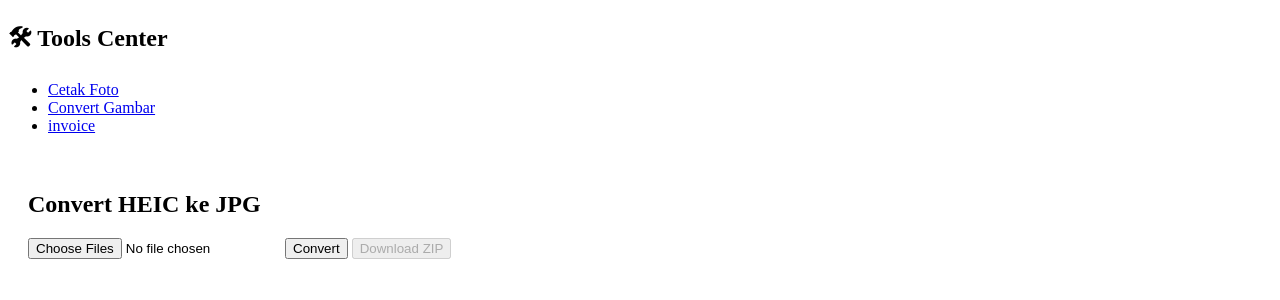
Repository: procinema22/hiisedulurfc
Page: convert-image.html
The author's editor kept a copy of each file at every save. The page is drawn from the files as they stood at one save, then again after the next save.
The browser window is 1280 px wide. The pictures show the whole page.

Above is the page before, as saved 2026-04-27 22:21:17.

### convert-image.html
<!DOCTYPE html>
<html lang="id">
<head>
<meta charset="UTF-8">
<title>Convert HEIC ke JPG</title>
<link rel="stylesheet" href="style.css">

<style>
.convert-box{
  padding:20px;
}
.preview-grid{
  display:grid;
  grid-template-columns:repeat(auto-fill,150px);
  gap:12px;
  margin-top:20px;
}
.card{
  background:#111d38;
  padding:10px;
  border-radius:10px;
}
.card img{
  width:100%;
  border-radius:6px;
}
#loadingImg{
  display:none;
  margin-top:10px;
  color:#22c55e;
}
</style>
</head>

<body>

<nav class="navbar">
  <div class="nav-container">
    <h1 class="logo">🛠 Tools Center</h1>
    <ul class="nav-links">
      <li><a href="index.html">Cetak Foto</a></li>
      <li><a href="convert-image.html">Convert Gambar</a></li>
      <li><a href="invoice/invoce.html">invoice</a></li>
    </ul>
  </div>
</nav>

<div class="layout">
  <aside class="left-panel convert-box">
      <h2>Convert HEIC ke JPG</h2>
      <input type="file" id="imgInput" multiple accept=".heic,.heif,image/*">
      <button id="convertImg" class="btn green">Convert</button>
      <button id="zipImg" class="btn purple" disabled>Download ZIP</button>
      <p id="loadingImg">⏳ Sedang memproses...</p>
  </aside>

  <section class="center-panel">
      <div class="preview-grid" id="resultImg"></div>
  </section>
</div>

<script src="https://cdn.jsdelivr.net/npm/heic2any/dist/heic2any.min.js"></script>
<script src="https://cdn.jsdelivr.net/npm/jszip"></script>
<script src="https://cdn.jsdelivr.net/npm/file-saver"></script>

<script>
let convertedImgs = [];

document.getElementById("convertImg").onclick = async ()=>{
 let files = document.getElementById("imgInput").files;
 let result = document.getElementById("resultImg");
 let loading = document.getElementById("loadingImg");
 let zipBtn = document.getElementById("zipImg");

 if(!files.length) return alert("Pilih gambar dulu");

 result.innerHTML = "";
 convertedImgs = [];
 loading.style.display="block";

 for(let f of files){
   try{
     const blob = await heic2any({ blob:f, toType:"image/jpeg", quality:0.9 });
     const url = URL.createObjectURL(blob);
     const fileName = f.name.replace(/\.heic/gi,"") + ".jpg";

     convertedImgs.push({name:fileName, blob});

     result.innerHTML += `
       <div class="card">
        <img src="${url}">
        <a href="${url}" download="${fileName}">
          <button class="btn blue" style="margin-top:6px">Download</button>
        </a>
       </div>
     `;
   }catch(e){
     alert("Gagal convert "+f.name);
   }
 }

 loading.style.display="none";
 zipBtn.disabled = convertedImgs.length === 0;
};

document.getElementById("zipImg").onclick = ()=>{
 const zip = new JSZip();
 convertedImgs.forEach(f=> zip.file(f.name,f.blob));
 zip.generateAsync({type:"blob"}).then(file=>{
  saveAs(file,"Image-Converted.zip");
 });
};
</script>

</body>
</html>

### style.css
.convert-box{
    padding:20px;
  }
  .preview-grid{
    display:grid;
    grid-template-columns:repeat(auto-fill,150px);
    gap:12px;
    margin-top:20px;
  }
  .card{
    background:#111d38;
    padding:10px;
    border-radius:10px;
  }
  .card img{
    width:100%;
    border-radius:6px;
  }
  #loadingImg{
    display:none;
    margin-top:10px;
    color:#22c55e;
  }

After the next save:
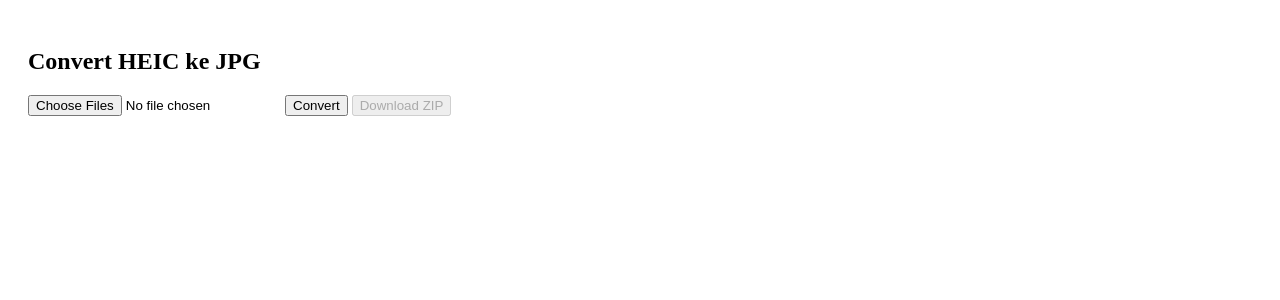
Saved 84 s later.
--- a/convert-image.html
+++ b/convert-image.html
@@ -34,16 +34,7 @@
 
 <body>
 
-<nav class="navbar">
-  <div class="nav-container">
-    <h1 class="logo">🛠 Tools Center</h1>
-    <ul class="nav-links">
-      <li><a href="index.html">Cetak Foto</a></li>
-      <li><a href="convert-image.html">Convert Gambar</a></li>
-      <li><a href="invoice/invoce.html">invoice</a></li>
-    </ul>
-  </div>
-</nav>
+
 
 <div class="layout">
   <aside class="left-panel convert-box">
